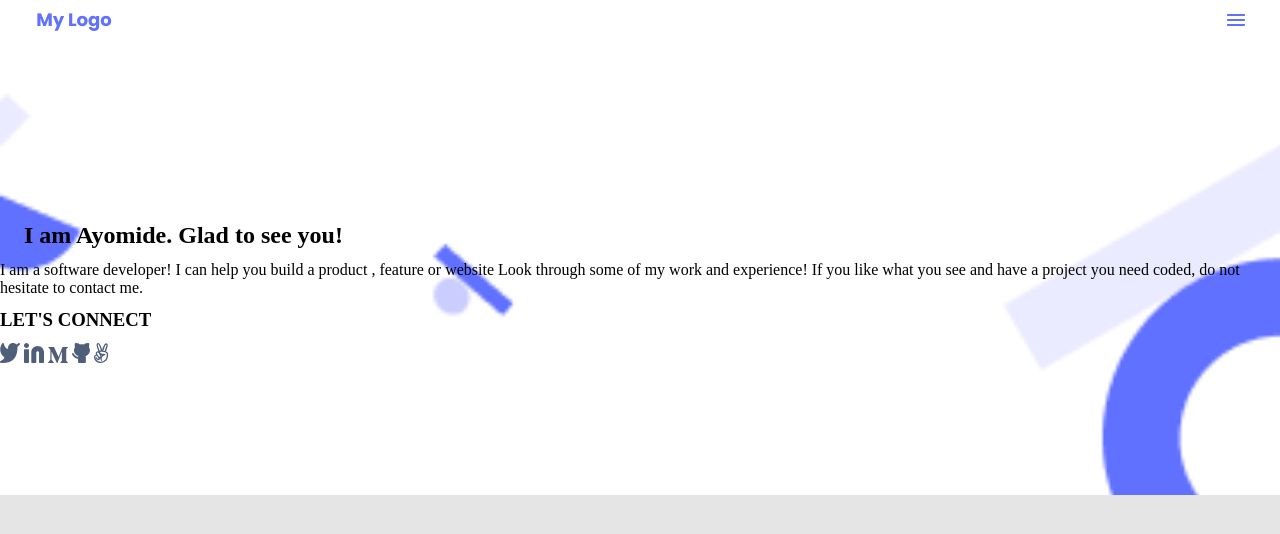
Repository: Paulinelali/potfoilo.github.io
Page: public/index.html
An editor plug-in stored every save of this project. The page is shown before and after a run of saves, followed by the edit.
The browser window is 1280 px wide. The pictures show the whole page.

Above is the page before, as saved 2023-03-31 00:25:06.

### public/index.html
<!DOCTYPE html>
<html lang="en">
<head>
    <meta charset="UTF-8">
    <meta http-equiv="X-UA-Compatible" content="IE=edge">
    <meta name="viewport" content="width=device-width, initial-scale=1.0">
    <link rel="preconnect" href="https://fonts.googleapis.com">
    <link rel="preconnect" href="https://fonts.gstatic.com" crossorigin>
    <link href="https://fonts.googleapis.com/css2?family=Poppins:wght@400;700&display=swap" rel="stylesheet">
    <link rel="stylesheet" href="../styles/style.css">
    <title>Ayomide S.E.P</title>
</head>
<body>
    <header class="header">
        <nav class="nav pad-aside">
            <a href="#">
                <img src="../assets/Logo Placeholder.png" alt="">
            </a>
            <a href="#"><img src="../assets/Normal Button/Tertiary/Enabled.png" alt=""></a>
        </nav>
        <section class="intro">
            <div class="introc-content pad-aside">
                <h1 class="pad-aside">
                    I am Ayomide.
                Glad to see you!
                </h1>
                <p>
                    I am a software developer! I can help you build a product , feature or website   Look through some of my work and
                    experience! If you like what you see and have a project you need coded,
                    do not hesitate to contact me.
                </p>
                <h3>
                    LET'S CONNECT
                </h3>
                <div class="social-icons">
                    <img src="../assets/social icons/Vector.svg" alt="">
                    <img src="../assets/social icons/Linkedin icon.svg" alt="">
                    <img src="../assets/social icons/Vector (1).svg" alt="">
                    <img src="../assets/social icons/Vector (2).svg" alt="">
                    <img src="../assets/social icons/Vector (3).svg" alt="">
                </div>
            </div>
        </section>
    </header>
</body>
</html>

### styles/style.css
*{
  margin: 0px;
  padding: 0px;
}

body{
  background-color: #E5E5E5;
}

.pad-aside{
  padding: 0px 24px;
}

.header{
  display: flex;
  flex-direction: column;
  gap: 50px;
  /* padding: 24px; */
  background-color: white;
}
.nav{
  display: flex;
  justify-content: space-between;
}

.introc-content{
  display: flex;
  flex-direction: column;
  gap: 12px;
  padding: 128px 0px;
  background-image: url("../assets/header-shapes\ mobile.png");
  background-size: cover;

}

After the next 2 saves:
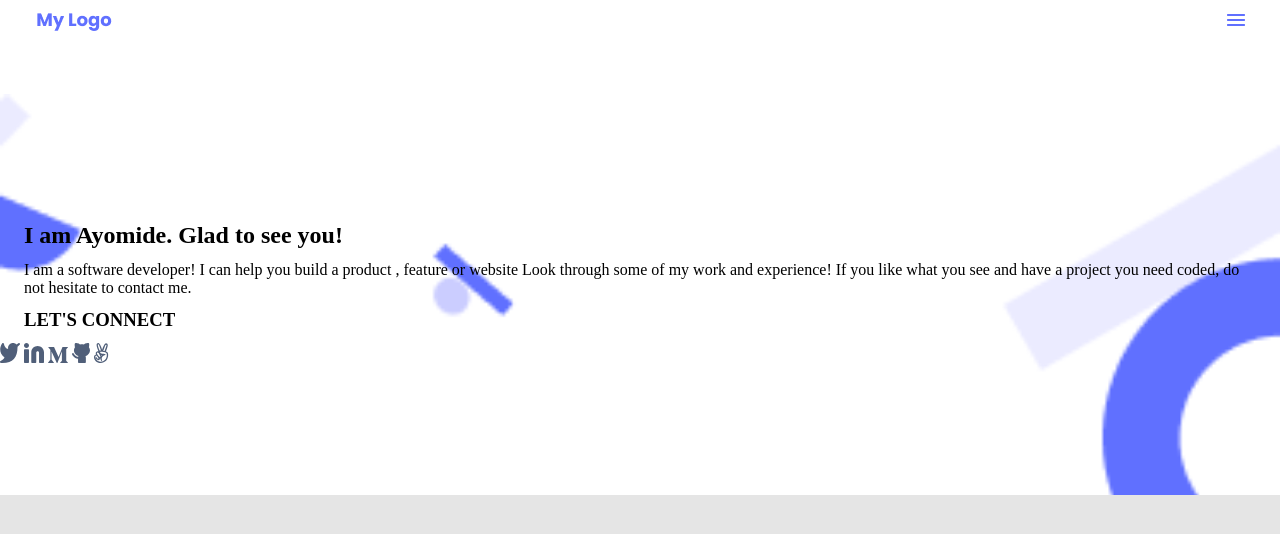
The 2 saves are shown as one change because they came seconds apart.
The last was saved 22 s later.
--- a/public/index.html
+++ b/public/index.html
@@ -24,12 +24,12 @@
                     I am Ayomide.
                 Glad to see you!
                 </h1>
-                <p>
+                <p class="pad-aside">
                     I am a software developer! I can help you build a product , feature or website   Look through some of my work and
                     experience! If you like what you see and have a project you need coded,
                     do not hesitate to contact me.
                 </p>
-                <h3>
+                <h3 class="pad-aside">
                     LET'S CONNECT
                 </h3>
                 <div class="social-icons">
